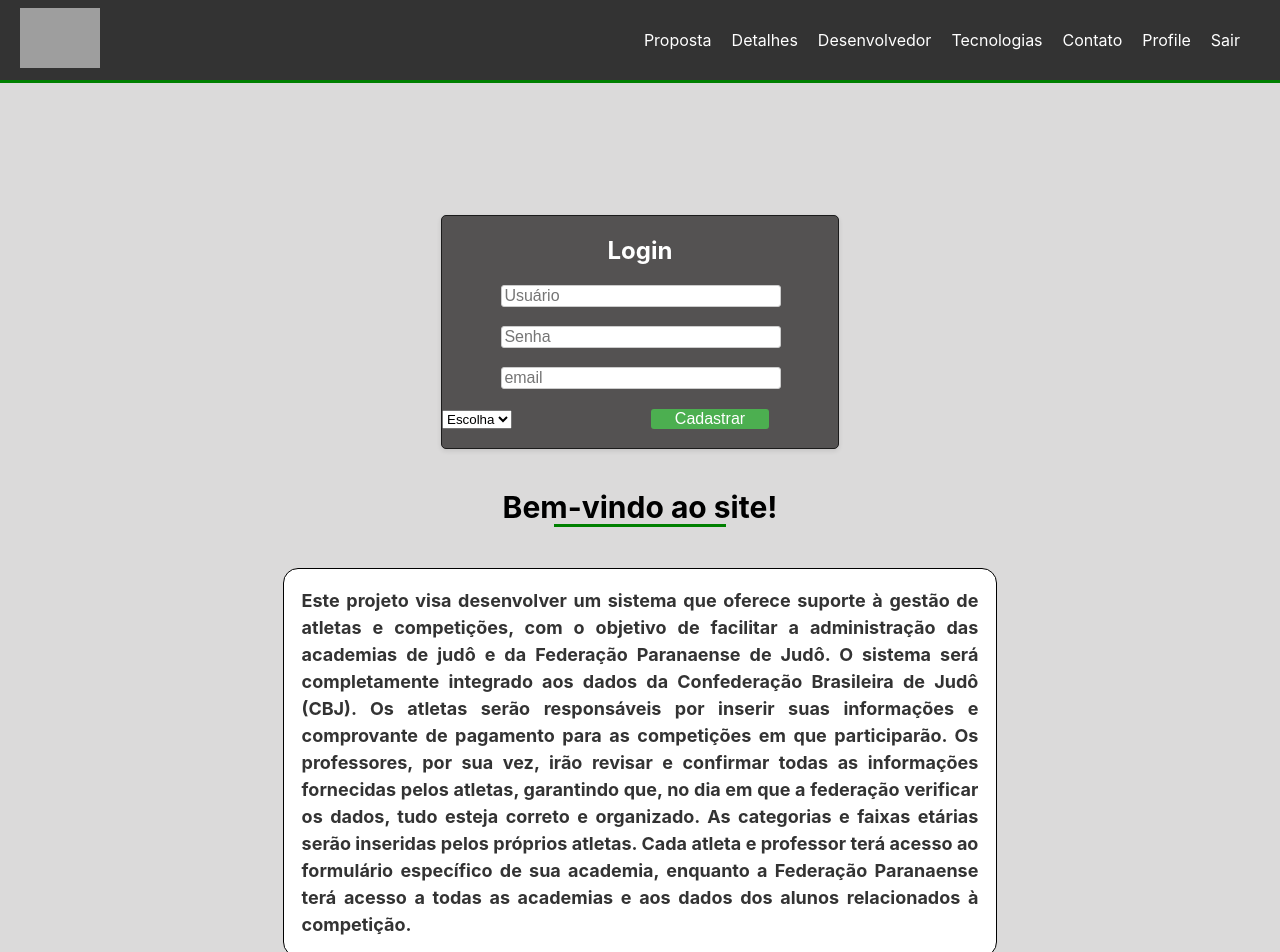
Repository: gustavo-eng/TheFightDay
Page: / (app in Client/frontend/), after clicking the first element matching `form > :nth-child(4)`
The author's editor kept a copy of each file at every save. The page is drawn from the files as they stood at one save, then again after the next save.
The browser window is 1280 px wide. The pictures show the part of the page from y = 0 to 952 px (the page is 1736 px tall before and 1823 px after).
Pictures or frames that could not be fetched are drawn as grey boxes. The project was rebuilt for these pictures with package versions that can differ from the ones it lists, and the page was loaded fresh each time. Also part of the build but not shown: Client/frontend/src/App.css, Client/frontend/src/utils/PrivateRoute.js, Client/frontend/src/pages/Home.js, Client/frontend/src/pages/profile.css, Client/frontend/src/pages/Profile.js.

Above is the page before, as saved 2023-06-17 13:36:32.

After the next save:
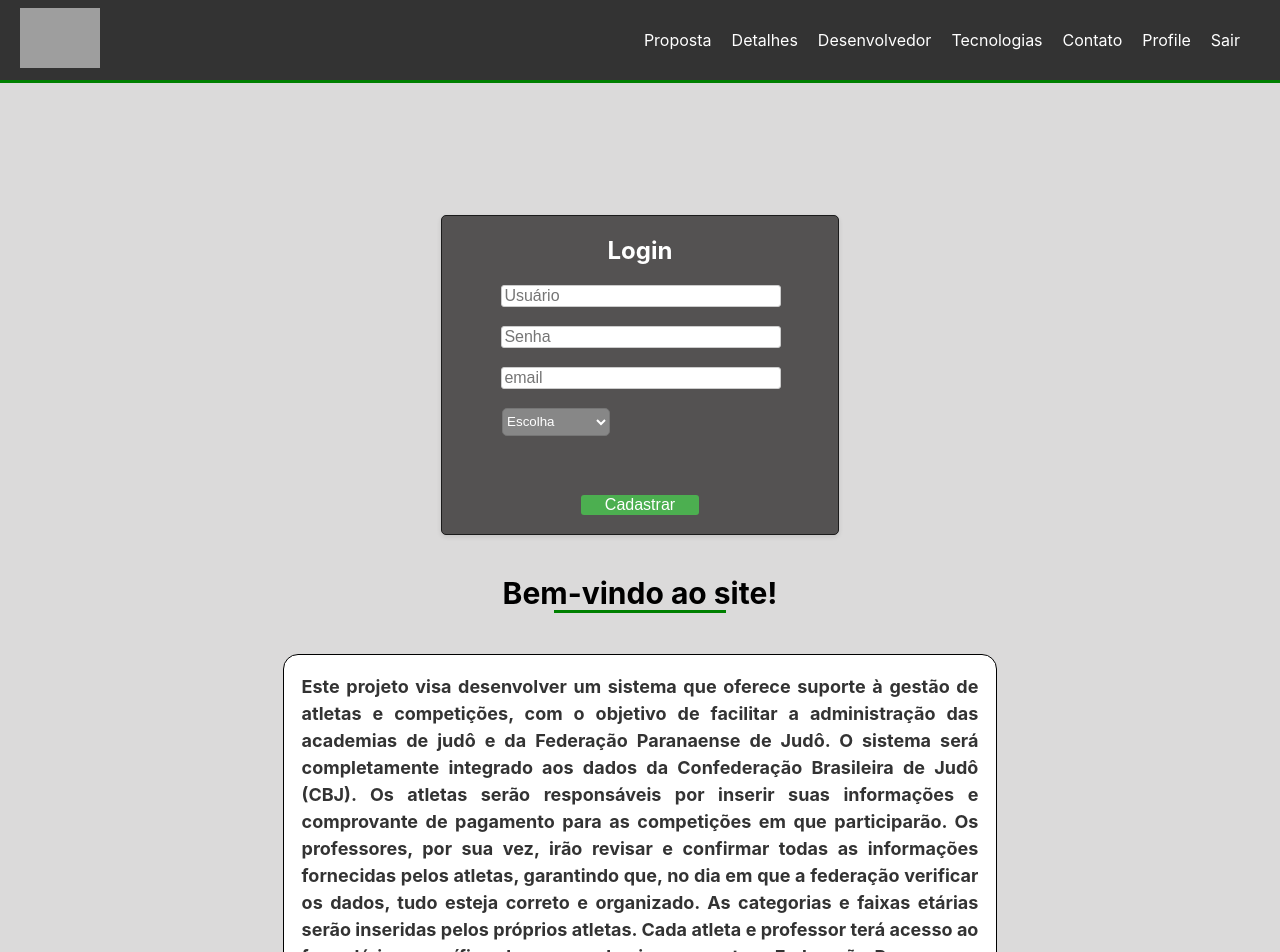
Saved 42 s later.
--- a/Client/frontend/src/Components/formLogin.css
+++ b/Client/frontend/src/Components/formLogin.css
@@ -240,12 +240,12 @@ body {
   }
 
   #permissionSelect2 {
-    /* background-color: rgb(150, 149, 150);
-    font-weight: bold;
-    width: 38vh;
-    text-align: center;
-    height: 6vh;
-    margin-left: 0px;
-    border: 1.5px solid green;
-    outline: none; */
-  }
+    display: flex;
+    margin-left: 8.35vh;
+    background-color: rgb(135, 135, 135);
+    margin-bottom: 8vh;
+    color: white;
+    border-radius: 5px;
+    height: 4vh;
+    width: 15vh;
+}
